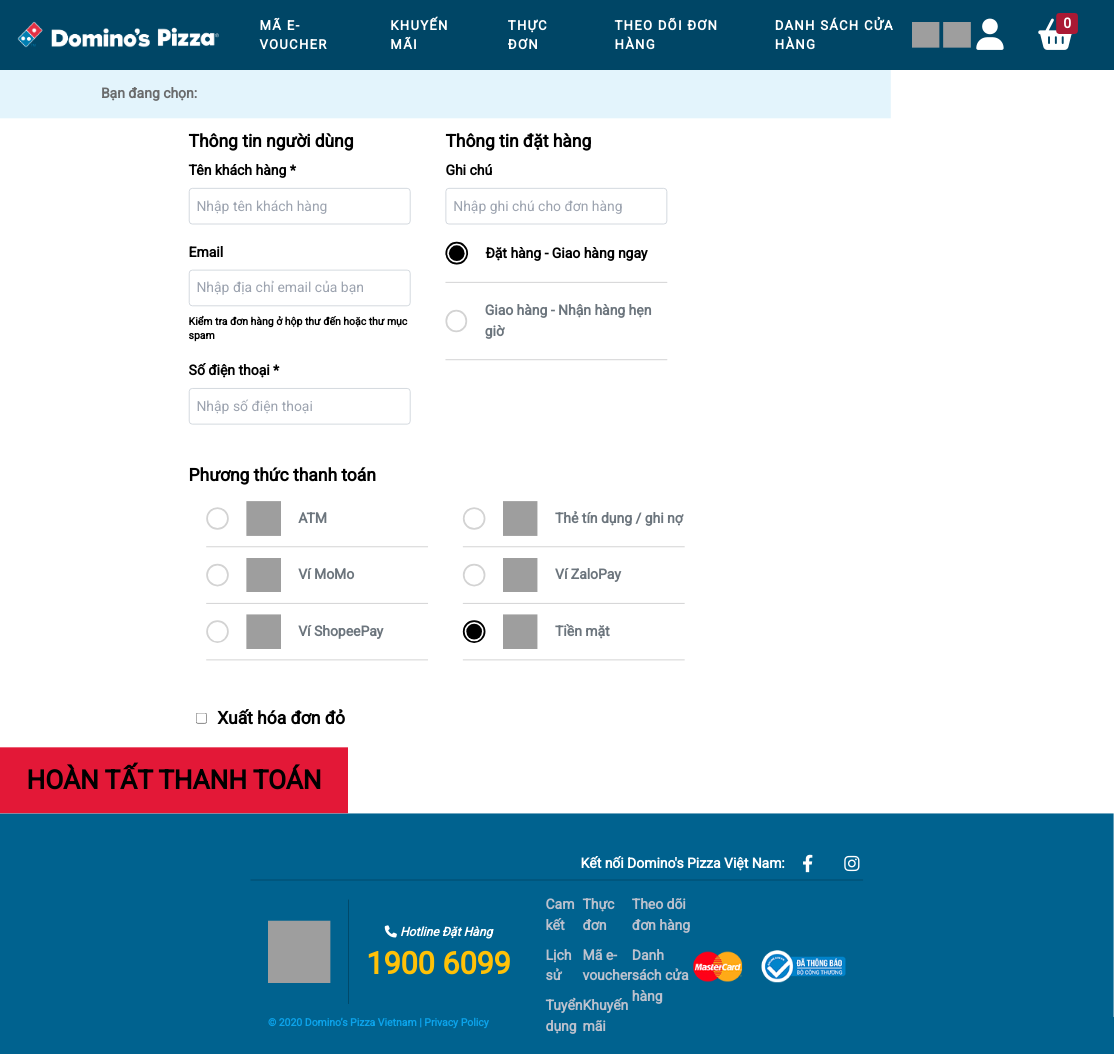
Repository: iphoneboy46/pizza-domino
Page: /thanhtoan
The author's editor kept a copy of each file at every save. The page is drawn from the files as they stood at one save, then again after the next save.
The browser window is 1280 px wide. The pictures show the whole page, at 87% of full size.
Pictures or frames that could not be fetched are drawn as grey boxes. The page's requests for data from a server got no answer. Some web libraries are served in a nearby version. The project was rebuilt for these pictures with package versions that can differ from the ones it lists, and the page was loaded fresh each time. No one was signed in, and anything a server would have sent is missing. Also part of the build but not shown: src/components/Slides/Slides.css, src/components/Slides/Slides.js, src/components/SearchAddress/SearchAddress.css, src/components/SearchAddress/SearchAddress.js, src/components/page/Order/Order.js, src/components/page/Home/Home.css, src/components/page/Login/Login.css, src/components/page/InputField/InputField.js and 35 more.

Above is the page before, as saved 2023-03-01 14:14:38.

### public/index.html
<!DOCTYPE html>
<html lang="en">
  <head>
    <meta charset="utf-8" />
    <link rel="icon" href="%PUBLIC_URL%/favicon.ico" />
    <meta name="viewport" content="width=device-width, initial-scale=1" />
    <meta name="theme-color" content="#000000" />
    <meta
      name="description"
      content="Web site created using create-react-app"
    />
    <link rel="apple-touch-icon" href="%PUBLIC_URL%/logo192.png" />
    <link rel="stylesheet" href="https://cdnjs.cloudflare.com/ajax/libs/font-awesome/6.1.2/css/all.min.css" integrity="sha512-1sCRPdkRXhBV2PBLUdRb4tMg1w2YPf37qatUFeS7zlBy7jJI8Lf4VHwWfZZfpXtYSLy85pkm9GaYVYMfw5BC1A==" crossorigin="anonymous" referrerpolicy="no-referrer" />
    <!--
      manifest.json provides metadata used when your web app is installed on a
      user's mobile device or desktop. See https://developers.google.com/web/fundamentals/web-app-manifest/
    -->
    <link rel="manifest" href="%PUBLIC_URL%/manifest.json" />
    <!--
      Notice the use of %PUBLIC_URL% in the tags above.
      It will be replaced with the URL of the `public` folder during the build.
      Only files inside the `public` folder can be referenced from the HTML.

      Unlike "/favicon.ico" or "favicon.ico", "%PUBLIC_URL%/favicon.ico" will
      work correctly both with client-side routing and a non-root public URL.
      Learn how to configure a non-root public URL by running `npm run build`.
    -->
    <title>Pizza-Domino</title>
  </head>
  <body>
    <noscript>You need to enable JavaScript to run this app.</noscript>
    <div id="root"></div>
    <!--
      This HTML file is a template.
      If you open it directly in the browser, you will see an empty page.

      You can add webfonts, meta tags, or analytics to this file.
      The build step will place the bundled scripts into the <body> tag.

      To begin the development, run `npm start` or `yarn start`.
      To create a production bundle, use `npm run build` or `yarn build`.
    -->
  </body>
</html>

### src/App.css
@import url('https://fonts.googleapis.com/css2?family=Roboto:wght@300;400&display=swap');

* {
  padding: 0;
  margin: 0;
  box-sizing: border-box;
  font-family: 'Roboto', sans-serif;

}

ul {
  list-style: none;
}

a {
  text-decoration: none;
}

/* width */
::-webkit-scrollbar {
  width: 8px;
  z-index: 1;
}

/* Track */
::-webkit-scrollbar-track {
  background: transparent;
  z-index: 1;
}

/* Handle */
::-webkit-scrollbar-thumb {

  background: #bcc1cb;
  border-radius: 4px;
  z-index: 1;
}



/* Handle on hover */
::-webkit-scrollbar-thumb:hover {
  background: #555;
  z-index: 1;
}

.modal {
  position: fixed;
  top: 0;
  left: 0;
  right: 0;
  bottom: 0;
  z-index: 999;
  width: 100%;
  height: 100vh;
  background-color: rgba(31, 31, 31, 0.595);
}

@media only screen and (max-width: 768px) {
  ::-webkit-scrollbar{
    width: 8px;
    height: 4px;
    z-index: 1;
  }

  ::-webkit-scrollbar-thumb {
    background: #bcc1cb;
    border-radius: 4px;
    z-index: 1;
  }

}

### src/components/Store/Context.js
import {createContext} from 'react';

const Store = createContext();

export default Store;

### src/components/page/ThanhToan/ThanhToan.js
import React, { useContext, useState } from "react";
import Context from "../../Store/Context";
import { FastField, Formik } from "formik";
import * as Yup from "yup";
import InputField2 from "../InputField/InputField2";
import "./ThanhToan.css";
import Select from "react-select";
import { options } from "./Options";

function ThanhToan() {
  const { orderAddress } = useContext(Context);
  const [checked, setChecked] = useState(1);
  const [checkedPay, setCheckedPay] = useState(6);
  const [isChecked, setIsChecked] = useState(false);
  const [checkBox, setCheckBox] = useState(false);

  const initialValues = {
    email: "",
    password: "",
  };

  const validationSchema = Yup.object().shape({
    name: Yup.string().required("Vui lòng nhập tên khách hàng!"),
    nameCompany: Yup.string().required("Vui lòng nhập tên công ty"),
    address: Yup.string().required("Vui lòng nhập địa chỉ công ty"),
    masothue: Yup.number().required("Vui lòng nhập mã số thuế"),
    emailDienTu: Yup.string()
      .email()
      .required("Vui lòng nhập Email nhận hóa đơn điện tử"),
    phone: Yup.number().required("Vui lòng nhập số điện thoại!"),
  });

  const handleChecked = (id) => {
    setChecked(id);
    if (id === 2) {
      setIsChecked(true);
    } else {
      setIsChecked(false);
    }
  };

  const handleCheckedPay = (id) => {
    setCheckedPay(id);
  };

  const handleCheckBox = (id) => {
    setCheckBox(id);
  };

  return (
    <Formik initialValues={initialValues} validationSchema={validationSchema}>
      <div className="flex justify-between h-[auto] w-[100%]">
        <div className="pt-[80px] w-[80%] overflow-hidden">
          <div className="bg-[#e3f4fc] lg:flex md:flex hidden justify-between items-center">
            <div className="flex items-center  p-4 lg:ml-[100px] md:ml-100px text-[#6a6b6c] font-semibold">
              <h1 className="mr-5">Bạn đang chọn:</h1>
              <h1 className="mr-5 text-[#de1736]">
                {orderAddress.takeAway || orderAddress.deliver}
              </h1>
              <h1>{orderAddress.address}</h1>
            </div>
          </div>
          <div className="w-[60%] m-[auto] flex justify-between items-start p-3">
            <div className="flex-1 mr-10">
              <h1 className="font-bold text-xl mb-2">Thông tin người dùng</h1>
              <label className="font-bold block mb-2" htmlFor="name">
                Tên khách hàng *
              </label>
              <FastField
                name="name"
                component={InputField2}
                placeholder="Nhập tên khách hàng"
                type="text"
              />

              <label className="font-bold block mb-2" htmlFor="email">
                Email
              </label>
              <FastField
                name="email"
                component={InputField2}
                //prop truyen vao input field

                type="email"
                placeholder="Nhập địa chỉ email của bạn"
              />
              <span className="mt-[-10px] block text-xs font-bold mb-5">
                Kiểm tra đơn hàng ở hộp thư đến hoặc thư mục spam
              </span>

              <label className="font-bold block mb-2" htmlFor="email">
                Số điện thoại *
              </label>

              <FastField
                name="phone"
                component={InputField2}
                placeholder="Nhập số điện thoại"
              />
            </div>
            <div className="flex-1 mr-10">
              <h1 className="font-bold text-xl mb-2">Thông tin đặt hàng</h1>
              <label className="font-bold block mb-2" htmlFor="name">
                Ghi chú
              </label>
              <FastField
                name="ghichu"
                component={InputField2}
                placeholder="Nhập ghi chú cho đơn hàng"
                type="text"
              />
              <div>
                <div className="dat-thanh-toan flex items-center mb-5 border-b-[1px] border-[#CDCDCE] pb-5">
                  <input
                    className="input-thanh-toan"
                    id="dathang"
                    type="radio"
                    value="Đặt hàng - Giao hàng ngay"
                    checked={checked === 1}
                    onChange={() => {
                      handleChecked(1);
                    }}
                  />

                  <label for="dathang"></label>
                  <p
                    className={
                      checked === 1
                        ? "ml-5 text-[black] font-bold"
                        : "text-[#6c757d] ml-5 font-bold"
                    }
                  >
                    Đặt hàng - Giao hàng ngay
                  </p>
                </div>
                <div className="dat-thanh-toan flex items-center w-[100%] my-5 border-b-[1px] border-[#CDCDCE] pb-5">
                  <input
                    className="input-thanh-toan"
                    id="giaohang"
                    type="radio"
                    value="Giao hàng - Nhận hàng hẹn giờ"
                    checked={checked === 2}
                    onChange={() => {
                      handleChecked(2);
                    }}
                  />

                  <label for="giaohang"></label>
                  <p
                    className={
                      checked === 2
                        ? "ml-5 text-[black] font-bold"
                        : "text-[#6c757d] ml-5 font-bold"
                    }
                  >
                    Giao hàng - Nhận hàng hẹn giờ
                  </p>
                </div>
                {isChecked && (
                  <div className="w-[100%]">
                    <Select
                      placeholder="Chọn giờ nhận hàng"
                      options={options}
                    />
                  </div>
                )}
              </div>
            </div>
          </div>
          <div className="w-[60%] m-[auto] p-3">
            <h1 className="font-bold text-xl mb-2">Phương thức thanh toán</h1>
            <div className="w-[100%] flex justify-between items-center px-5 py-2">
              <div className="w-[100%] mr-5">
                <div className="dat-thanh-toan flex items-center w-[100%] mb-3 border-b-[1px] border-[#CDCDCE] pb-3">
                  <input
                    className="input-thanh-toan"
                    id="atm"
                    type="radio"
                    value="Đặt hàng - Giao hàng ngay"
                    checked={checkedPay === 1}
                    onChange={() => {
                      handleCheckedPay(1);
                    }}
                  />

                  <label for="atm"></label>
                  <p
                    className={
                      checkedPay === 1
                        ? "ml-5 text-[black] font-bold flex items-center"
                        : "text-[#6c757d] ml-5 font-bold flex items-center"
                    }
                  >
                    <img
                      className="w-[40px] h-[40px] mr-5"
                      src="https://img.dominos.vn/icon-payment-method-atm.png"
                      alt=""
                    />{" "}
                    ATM
                  </p>
                </div>
                <div className="dat-thanh-toan flex items-center w-[100%] mb-3 border-b-[1px] border-[#CDCDCE] pb-3">
                  <input
                    className="input-thanh-toan"
                    id="momo"
                    type="radio"
                    value="Đặt hàng - Giao hàng ngay"
                    checked={checkedPay === 2}
                    onChange={() => {
                      handleCheckedPay(2);
                    }}
                  />

                  <label for="momo"></label>
                  <p
                    className={
                      checkedPay === 2
                        ? "ml-5 text-[black] font-bold flex items-center"
                        : "text-[#6c757d] ml-5 font-bold flex items-center"
                    }
                  >
                    <img
                      className="w-[40px] h-[40px] mr-5"
                      src="https://img.dominos.vn/icon-payment-method-mo-mo.png"
                      alt=""
                    />{" "}
                    Ví MoMo
                  </p>
                </div>
                <div className="dat-thanh-toan flex items-center w-[100%] mb-3 border-b-[1px] border-[#CDCDCE] pb-3">
                  <input
                    className="input-thanh-toan"
                    id="shopee"
                    type="radio"
                    value="Đặt hàng - Giao hàng ngay"
                    checked={checkedPay === 3}
                    onChange={() => {
                      handleCheckedPay(3);
                    }}
                  />

                  <label for="shopee"></label>
                  <p
                    className={
                      checkedPay === 3
                        ? "ml-5 text-[black] font-bold flex items-center"
                        : "text-[#6c757d] ml-5 font-bold flex items-center"
                    }
                  >
                    <img
                      className="w-[40px] h-[40px] mr-5"
                      src="https://img.dominos.vn/shoppepay.png"
                      alt=""
                    />{" "}
                    Ví ShopeePay
                  </p>
                </div>
              </div>
              <div className="w-[100%] ml-5">
                <div className="dat-thanh-toan flex items-center w-[100%] mb-3 border-b-[1px] border-[#CDCDCE] pb-3">
                  <input
                    className="input-thanh-toan"
                    id="tindung"
                    type="radio"
                    value="Đặt hàng - Giao hàng ngay"
                    checked={checkedPay === 4}
                    onChange={() => {
                      handleCheckedPay(4);
                    }}
                  />

                  <label for="tindung"></label>
                  <p
                    className={
                      checkedPay === 4
                        ? "ml-5 text-[black] font-bold flex items-center"
                        : "text-[#6c757d] ml-5 font-bold flex items-center"
                    }
                  >
                    <img
                      className="w-[40px] h-[40px] mr-5"
                      src="https://img.dominos.vn/icon-payment-method-credit.png"
                      alt=""
                    />{" "}
                    Thẻ tín dụng / ghi nợ
                  </p>
                </div>
                <div className="dat-thanh-toan flex items-center w-[100%] mb-3 border-b-[1px] border-[#CDCDCE] pb-3">
                  <input
                    className="input-thanh-toan"
                    id="zalo"
                    type="radio"
                    value="Đặt hàng - Giao hàng ngay"
                    checked={checkedPay === 5}
                    onChange={() => {
                      handleCheckedPay(5);
                    }}
                  />

                  <label for="zalo"></label>
                  <p
                    className={
                      checkedPay === 5
                        ? "ml-5 text-[black] font-bold flex items-center"
                        : "text-[#6c757d] ml-5 font-bold flex items-center"
                    }
                  >
                    <img
                      className="w-[40px] h-[40px] mr-5"
                      src="https://img.dominos.vn/icon-payment-method-zalo-pay.png"
                      alt=""
                    />{" "}
                    Ví ZaloPay
                  </p>
                </div>
                <div className="dat-thanh-toan flex items-center w-[100%] mb-3 border-b-[1px] border-[#CDCDCE] pb-3">
                  <input
                    className="input-thanh-toan"
                    id="tienmat"
                    type="radio"
                    value="Đặt hàng - Giao hàng ngay"
                    checked={checkedPay === 6}
                    onChange={() => {
                      handleCheckedPay(6);
                    }}
                  />

                  <label for="tienmat"></label>
                  <p
                    className={
                      checked === 6
                        ? "ml-5 text-[black] font-bold flex items-center"
                        : "text-[#6c757d] ml-5 font-bold flex items-center"
                    }
                  >
                    <img
                      className="w-[40px] h-[40px] mr-5"
                      src="https://img.dominos.vn/cash.png"
                      alt=""
                    />{" "}
                    Tiền mặt
                  </p>
                </div>
              </div>
            </div>
          </div>
          <div className="w-[60%] m-[auto] p-5">
            <div className="flex items-center">
              <input
                onChange={() => {
                  handleCheckBox(!checkBox);
                }}
                type="checkbox"
                checked={checkBox}
              />{" "}
              <h1 className="text-xl font-bold ml-3">Xuất hóa đơn đỏ</h1>
            </div>
            {checkBox && (
              <div className="flex justify-between items-start w-[100%]">
                <div className="w-[100%] mr-5">
                  <label className="font-bold block mb-2" htmlFor="nameCompany">
                    Tên công ty *
                  </label>
                  <FastField
                    name="nameCompany"
                    component={InputField2}
                    placeholder="Nhập tên công ty"
                    type="text"
                  />

                  <label className="font-bold block mb-2" htmlFor="address">
                    Địa chỉ *
                  </label>
                  <FastField
                    name="address"
                    component={InputField2}
                    //prop truyen vao input field

                    type="text"
                    placeholder="Nhập địa chỉ"
                  />
                </div>
                <div className="w-[100%] ml-5">
                  <div className="w-[100%]">
                    <label className="font-bold block mb-2" htmlFor="masothue">
                      Mã số thuế *
                    </label>
                    <div className="flex w-[100%]">
                      <div className="w-[80%]">
                        <FastField
                          name="masothue"
                          component={InputField2}
                          placeholder="Nhập mã số thuế"
                          type="text"
                        />
                      </div>
                      <div className="w-[20%] flex justify-center items-center font-bold bg-[#E31837] h-[41px] text-white cursor-pointer select-none">
                        Kiểm tra
                      </div>
                    </div>
                  </div>

                  <label className="font-bold block mb-2" htmlFor="emailDienTu">
                    Email nhận hóa đơn điện tử *
                  </label>
                  <FastField
                    name="emailDienTu"
                    component={InputField2}
                    //prop truyen vao input field

                    type="email"
                    placeholder="Nhập Email nhận hóa đơn điện tử"
                  />
                </div>
              </div>
            )}
          </div>
          <div className="flex justify-center font-bold text-3xl uppercase bg-[#E31837] w-[400px] p-5">Hoàn tất thanh toán</div>
        </div>

        <div className="w-[20%]"></div>
      </div>
    </Formik>
  );
}

export default ThanhToan;

### src/components/page/ThanhToan/ThanhToan.css
.dat-thanh-toan > label{
    width: 26px;
    height: 26px;
    border: 2px solid lightgrey;
    border-radius: 50%;
    display: inline-block;
    position: relative;
}

.dat-thanh-toan > label:after {
    content: "";
    position: absolute;
    width: 18px;
    height: 18px;
    border-radius: 50%;
    top: 50%;
    left: 50%;
    transform: translate(-50%,-50%);
    background-color:black;
    display: none;
}

.dat-thanh-toan > label::before {
    content: "";
    width: 26px;
    height: 26px;
    border: 2px solid black;
    border-radius: 50%;
    display: inline-block;
    position: absolute;
    top: -2px;
    left: -2px;
    display: none;
}


/* .input-dat-hang{
    display: block !important;
} */

.input-thanh-toan:checked ~  label::after {
    display: block;
}



.input-thanh-toan:checked ~  label::before {
    display: block;
}

### src/components/page/SignIn/SignIn.css
.email:focus{
    border-color:#80bdff !important;
    border-style: solid;
    outline: none;
    box-shadow: 0px 0px 12px #80bdff;
}

.pass-word:focus{
    border-color:#80bdff !important;
    border-style: solid;
    outline: none;
    box-shadow: 0px 0px 12px #80bdff;
}

### src/components/page/Order/Order.css
input[type="radio"] {
    display: none;
}

.labelOd:before {
    width: 30px;
    height: 30px;
    border-radius: 50%;
    position: absolute;
    top: -4px;
    left: -35px;
    content: '';
    background: #fff;
    border: 1px solid lightgray;
}

input[type="radio"]:checked ~ .labelOd:after {
    width: 20px;
    height: 20px;
    border-radius: 50%;
    position: absolute;
    top: 1px;
    left: -30px;
    content: '';
    background:black;
}

input[type="radio"]:checked ~ .labelOd::before {
    width: 30px;
    height: 30px;
    border-radius: 50%;
    position: absolute;
    padding: 10px;
    top: -4px;
    left: -35px;
    content: '';
    border: 1px solid black;
}

### src/components/page/OrderEdit/OrderEdit.css
input[type="radio"] {
    display: none;
}

.labelOd:before {
    width: 30px;
    height: 30px;
    border-radius: 50%;
    position: absolute;
    top: -4px;
    left: -35px;
    content: '';
    background: #fff;
    border: 1px solid lightgray;
}

input[type="radio"]:checked ~ .labelOd:after {
    width: 20px;
    height: 20px;
    border-radius: 50%;
    position: absolute;
    top: 1px;
    left: -30px;
    content: '';
    background:black;
}

input[type="radio"]:checked ~ .labelOd::before {
    width: 30px;
    height: 30px;
    border-radius: 50%;
    position: absolute;
    padding: 10px;
    top: -4px;
    left: -35px;
    content: '';
    border: 1px solid black;
}

### tailwind.config.js
/** @type {import('tailwindcss').Config} */
module.exports = {
    content: [
        "./src/**/*.{js,jsx,ts,tsx}",
    ],
    theme: {
        extend: {

        },
        colors:{
            'wh' : 'rgba(255, 255, 255, 0.75)',
            'wh1' : 'rgba(255, 255, 255, 0.1)',
            'white' : '#fff',
            'yellowcustom': '#ffc107',
            'graycustom':'#bcc1cd',
            'shadowColor': 'rgb(0 42 61 / 16%)'
        }
    },
    plugins: [],
}

Loaded but not shown: src/index.css (common file); src/reportWebVitals.js (common file); src/components/Data/Data.js (1146 lines, source omitted); src/components/Header/Header.js (198 lines, source omitted); src/components/Store/Provider.js (185 lines, source omitted); src/components/Footer/Footer.js (105 lines, source omitted); src/components/page/ThanhToan/Options.js (271 lines, source omitted); src/App.js (95 lines, source omitted); src/routes/Routes.js (31 lines, source omitted); src/components/page/InputField/InputField2.js (30 lines, source omitted); src/index.js (21 lines, source omitted)

After the next save:
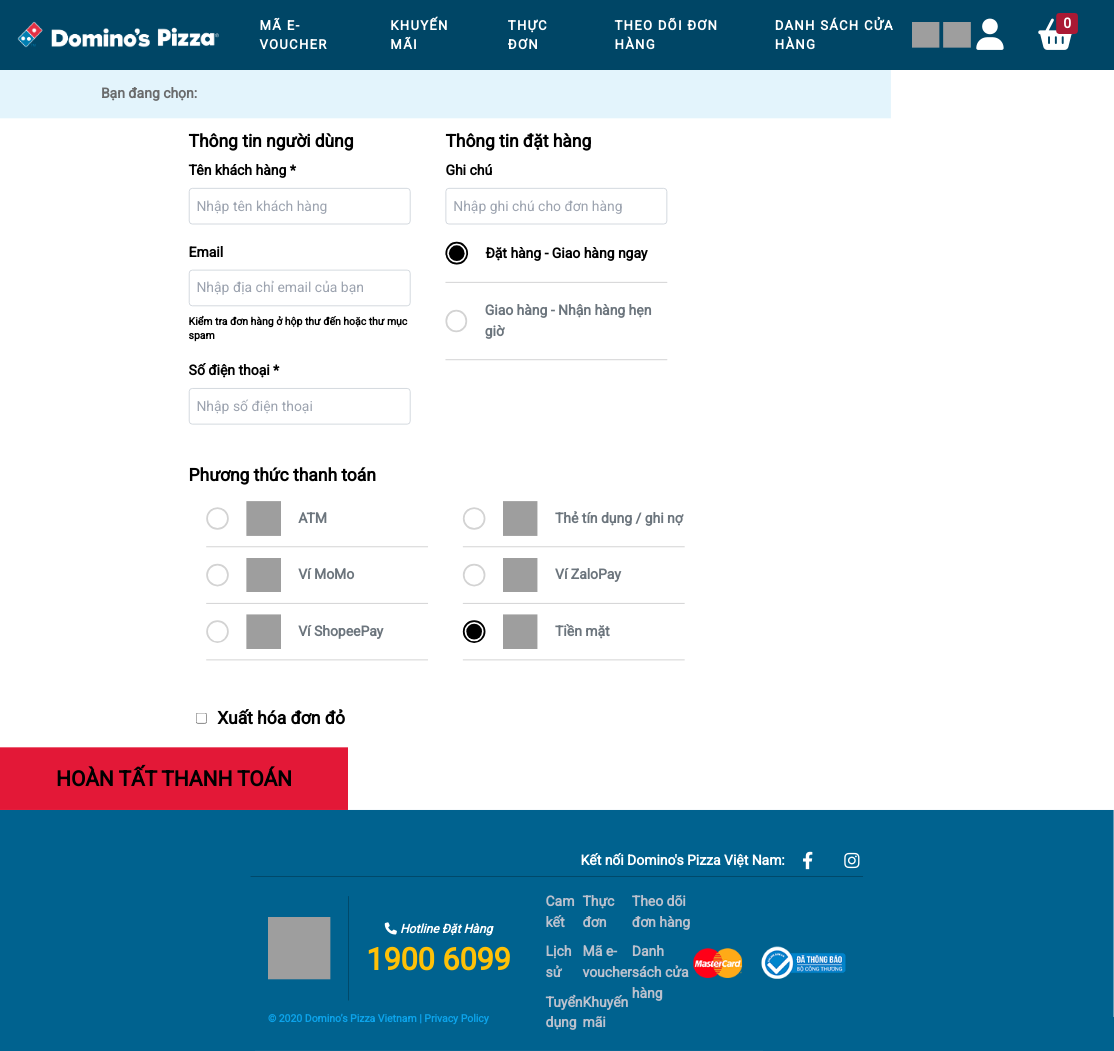
Saved 13 s later.
--- a/src/components/page/ThanhToan/ThanhToan.js
+++ b/src/components/page/ThanhToan/ThanhToan.js
@@ -415,7 +415,7 @@
               </div>
             )}
           </div>
-          <div className="flex justify-center font-bold text-3xl uppercase bg-[#E31837] w-[400px] p-5">Hoàn tất thanh toán</div>
+          <div className="flex justify-center font-bold text-2xl uppercase bg-[#E31837] w-[400px] p-5">Hoàn tất thanh toán</div>
         </div>
 
         <div className="w-[20%]"></div>
